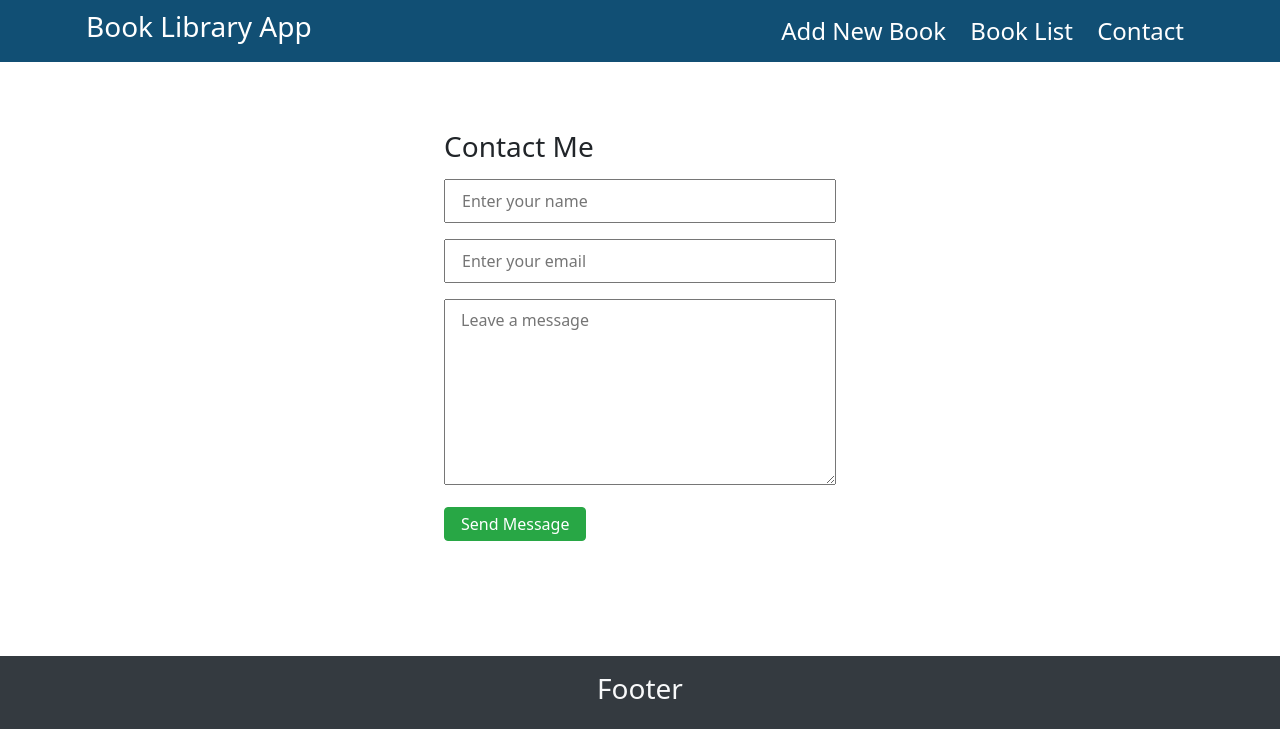
Repository: just-mann/booklibrary-app
Page: http://localhost/contact
These files come from the project's save history. The page is drawn as it stood at one moment and after the next save; the edit follows.
The browser window is 1280 px wide. The pictures show the whole page.
The page is served by the project's Node server (app.js).

Above is the page before, as saved 2021-06-06 04:52:50.

### views/contact.ejs
<!DOCTYPE html>
<html lang="en">
<%- include('./partials/Header') %>
<body>
    <%- include('./partials/Navbar') %>
    <div class="container py-3 contact">
        <div class="p-5 p-xs-1 p-sm-1 p-md-1 py-2 px-0 mt-5 contactDiv">
            <form class="px-0">
              <h3>Contact Me</h3>
                <div class="my-3">
                  <input class="px-3 py-2 name w-100" type="text" name="name" id="name" placeholder="Enter your name" required>
                </div>
                <div class="my-3">
                  <input class="px-3 py-2 email w-100" type="email" name="email" id="email" placeholder="Enter your email" required>
                </div>
                <div class="my-3">
                  <textarea class="px-3 py-2 w-100" name="message" id="" cols="30" rows="7" placeholder="Leave a message" required></textarea>
                </div>
                <div class="my-3">
                  <input class="px-3 py-1 submitBtn btn btn-success" type="submit" value="Send Message">
                </div>
            </form>
          </div>
    </div>
    <%- include('./partials/Footer') %>
</body>
</html>

### views/partials/Header.ejs
<head>
    <meta charset="UTF-8">
    <meta name="viewport" content="width=device-width, initial-scale=1.0">
    <title><%= title %></title>
    <link rel="stylesheet" href="https://stackpath.bootstrapcdn.com/bootstrap/5.0.0-alpha1/css/bootstrap.min.css" integrity="sha384-r4NyP46KrjDleawBgD5tp8Y7UzmLA05oM1iAEQ17CSuDqnUK2+k9luXQOfXJCJ4I" crossorigin="anonymous">
    <script src="https://cdn.jsdelivr.net/npm/popper.js@1.16.0/dist/umd/popper.min.js" integrity="sha384-Q6E9RHvbIyZFJoft+2mJbHaEWldlvI9IOYy5n3zV9zzTtmI3UksdQRVvoxMfooAo" crossorigin="anonymous"></script>
    <link rel="stylesheet" href="https://unpkg.com/aos@next/dist/aos.css" />
    <link rel="stylesheet" href="https://unpkg.com/aos@next/dist/aos.css" />
    <script src="https://stackpath.bootstrapcdn.com/bootstrap/5.0.0-alpha1/js/bootstrap.min.js" integrity="sha384-oesi62hOLfzrys4LxRF63OJCXdXDipiYWBnvTl9Y9/TRlw5xlKIEHpNyvvDShgf/" crossorigin="anonymous"></script>
    <link rel="stylesheet" href="/style.css">
  </head>

### views/partials/Navbar.ejs
<nav class="container-fluid sticky-top">
    <div class="container">
        <a href="/" class="logo"><h3>Book Library App</h3></a>
        <div class="nav__links">
            <a href="/">Add New Book</a>
            <a href="/booklist">Book List</a>
            <a href="/contact">Contact</a>
        </div>
    </div>
</nav>

### views/partials/Footer.ejs
<footer class="bg-dark py-3 text-light text-center">
    <script src="https://ajax.googleapis.com/ajax/libs/jquery/3.5.1/jquery.min.js"></script>
    <script src="/script.js"></script>
    <div class="container">
        <h3>Footer</h3>
    </div>
</footer>
<script src="https://unpkg.com/aos@next/dist/aos.js"></script>
<script>
  AOS.init();
</script>

### app.js
const express = require('express'); //import express package
const app = express(); //initialize the express app
const bodyParser = require('body-parser') //import body-parser to handle data from the form
const MongoClient = require('mongodb').MongoClient; //import the mongodbClient
const { ObjectId } = require('bson');
const dbName = 'myBookList';
const dbCollectionName = 'bookCollection';

const PORT = process.env.PORT || 5000;


// Configure the body-parser
app.use(bodyParser.urlencoded({ extended: true }));


// Make static files accessible
app.use(express.static('public'));


// Set View Engine
app.set('view engine', 'ejs');



// Connect to Database
const dbURI = 'mongodb+srv://bookUser:cUk4rECaXyAWsNz8@crud-tutorial.xd65d.mongodb.net/myBookList?retryWrites=true&w=majority';
MongoClient.connect(dbURI, { useUnifiedTopology: true })
    .then(client => {

        app.listen(PORT, () => {
            console.log(`App is now running on PORT ${PORT} and Database: ${dbName} is connected`)
        });

        const db = client.db(`${dbName}`);

        const myCollection = db.collection(`${dbCollectionName}`);

        app.post('/books', (req, res) => {
            myCollection.insertOne(req.body)
                .then(result => {
                    console.log('Item added to database...');
                })
                .catch(err => console.log(err));
            res.redirect('bookList');
        })

        app.get('/booklist', (req, res) => {
            myCollection.find().sort({_id: -1}).toArray()
                .then(result => {
                    res.render('bookList', { myList: result, title: "Book List" });
                })
                .catch(err => console.log(err));
        })


        app.get('/booklist/:id', (req, res) => {
            const id = req.params.id;
            myCollection.findOne({ _id: ObjectId(`${id}`)})
                .then(result => {
                    res.render('details', { singleBook: result, title: `Book Detail  -  ${result.title}` })
                })
                .catch(err => console.log(err));
        })


        app.delete('/booklist/:id', (req, res) => {
            const id = req.params.id;
            myCollection.deleteOne({_id: ObjectId(`${id}`)})
                .then(result => {
                    res.json({ redirect: '/booklist'})
                })
                .catch(err => console.log(err));
        })


        app.get('/', (req, res) => {
            res.render('index', { title: "Add New Book" });
        })


        app.get('/contact', (req, res) => {
            res.render('contact', { title: "Contact Me" });
        })

        app.use((req, res) => {
            res.status(404).render('404', { title: '404, Page Not Found'});
        })

    })
    .catch(err => console.log(err));

### public/style.css
* {
    padding: 0;
    margin: 0;
    box-sizing: border-box;
}
body {
    min-height: 100vh;
}

a {
    text-decoration: none;
}

nav {
    background-color: #114f74;
    padding: 10px 0px;
}

nav .container {
    display: flex;
    justify-content: space-between;
    align-items: center;
}

nav .container .logo h3 {
    color: #ffffff;
    font-weight: 350;
}

nav .container .nav__links {
    color: #ffffff;
}

nav .container .nav__links a {
    color: #ffffff;
    font-size: 1.5rem;
    padding: 10px 0px;
    margin: 0px 10px;
    font-weight: 300;
}

.nav__links a:hover {
    color: red;
}

.listDiv {
    display: flex;
    grid-template-columns: repeat(3, 1fr);
}

.list {
    max-width: 350px;
    min-height: 150px;
    margin: 0px 15px;
    background-color: #e2e2e2;
    border-left: 15px solid #41a1b9;
    opacity: 0.9;
    transition: opacity 0.6s;
}

.list:hover {
    opacity: 1;
}


/* Home Page */
.home {
    height: 82.3vh;
}

.home .homeDiv, .contact .contactDiv {
    /* background: yellow; */
    max-width: 400px;
    margin: 0 auto;
}



/* Book List Page */
.bookList {
    min-height: 81.3vh;
}






/* details page */
.details {
    height: 81.5vh;
}



.bookSummary {
    max-width: 500px;
    background: yellow;
}



/* Contact Page */
.contact {
    height: 82.5vh;
}

Loaded but not shown: public/script.js (no stored copy; drawn as an empty file)

After the next save:
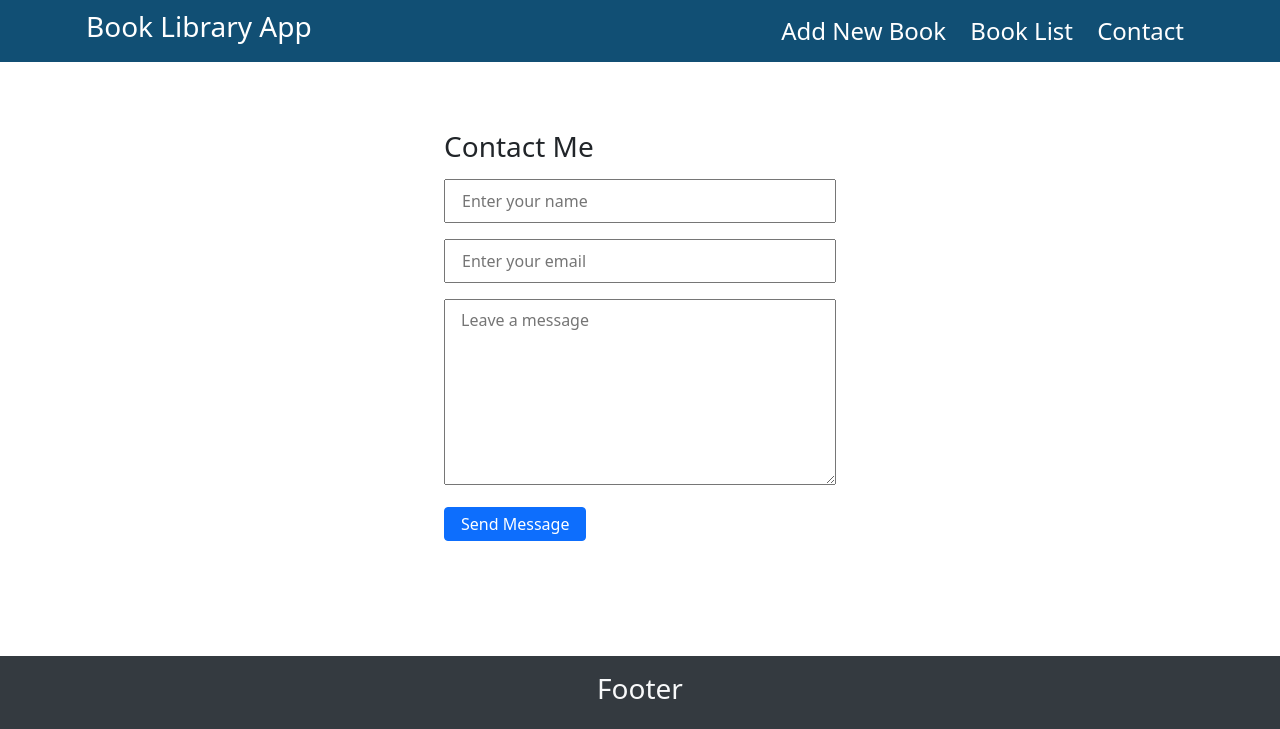
Saved 21 s later.
--- a/views/contact.ejs
+++ b/views/contact.ejs
@@ -17,7 +17,7 @@
                   <textarea class="px-3 py-2 w-100" name="message" id="" cols="30" rows="7" placeholder="Leave a message" required></textarea>
                 </div>
                 <div class="my-3">
-                  <input class="px-3 py-1 submitBtn btn btn-success" type="submit" value="Send Message">
+                  <input class="px-3 py-1 submitBtn btn btn-primary" type="submit" value="Send Message">
                 </div>
             </form>
           </div>
